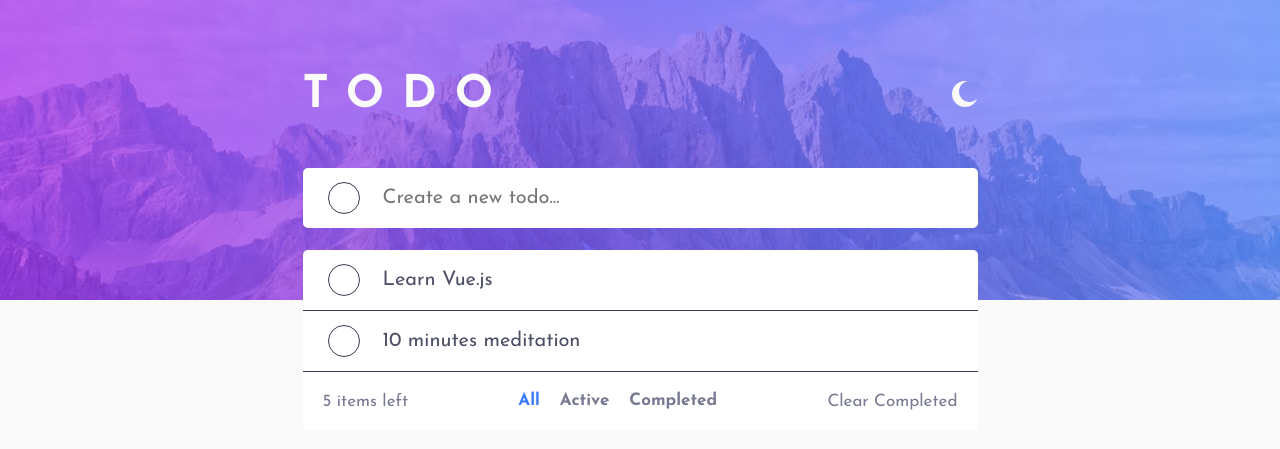
Repository: tomas938/todo-app
Page: /
These files come from the project's save history. The page is drawn as it stood at one moment and after the next save; the edit follows.
The browser window is 1280 px wide. The pictures show the whole page.
The project was rebuilt for these pictures with package versions that can differ from the ones it lists, and the page was loaded fresh each time.

Above is the page before, as saved 2021-08-18 12:19:07.

After the next save:
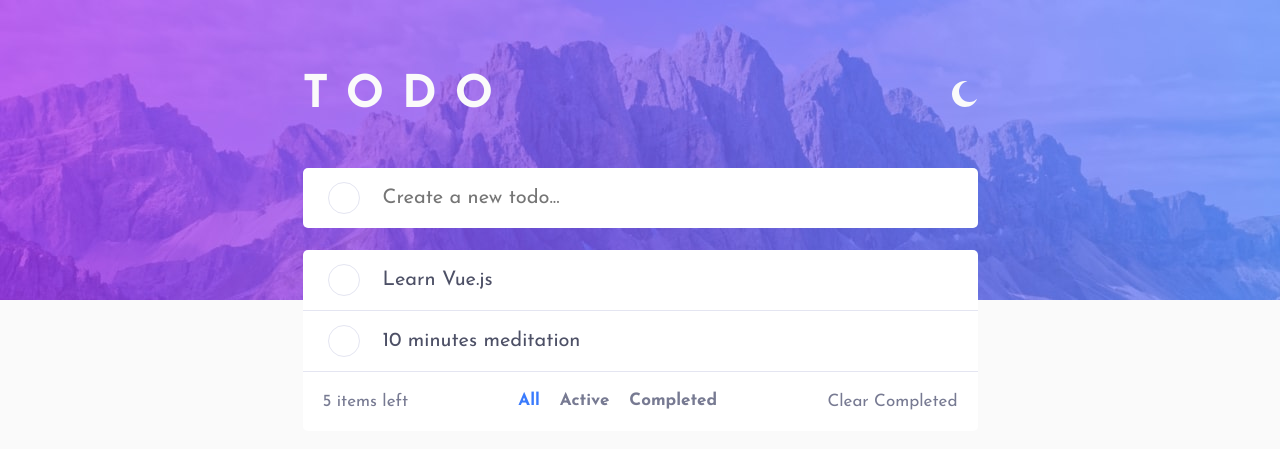
Saved 40 s later.
--- a/src/App.vue
+++ b/src/App.vue
@@ -15,7 +15,7 @@
 		--items-bg-color: hsl(0, 0%, 100%);
 		--body-bg: hsl(0, 0%, 98%);
 		--todo-text: hsl(233, 14%, 35%);
-		--todo-border: hsl(237, 14%, 26%);
+		--todo-border: hsl(236, 33%, 92%);
 	}
 }
 * {
